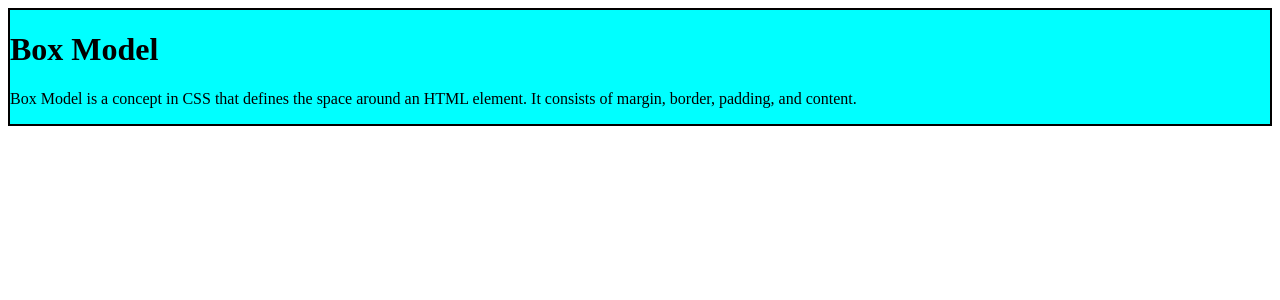
Repository: arunyerram/Web-TEChnologies
Page: Class4/index.html
The author's editor kept a copy of each file at every save. The page is drawn from the files as they stood at one save, then again after a run of saves.
The browser window is 1280 px wide. The pictures show the whole page.

Above is the page before, as saved 2025-02-18 12:27:03.

### Class4/index.html
<!DOCTYPE html>
<html lang="en">
<head>
    <meta charset="UTF-8">
    <meta name="viewport" content="width=device-width, initial-scale=1.0">
    <title>CSS Rox Model</title>
    <style>
        /* CSS Rox Model */
        .box{
            border:2px solid black;
            background-color: aqua;

        }
    </style>
</head>
<body>
    <div class="box">
        <h1>Box Model</h1>
        <p>Box Model is a concept in CSS that defines the space around an HTML element. It consists of margin, border, padding, and content.</p>
    </div>
</body>
</html>

After the next 5 saves:
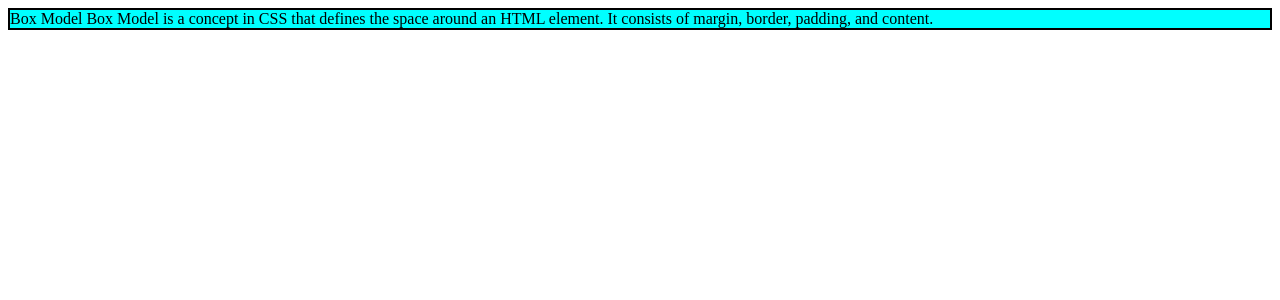
The 5 saves are shown as one change because they came seconds apart.
The last was saved 24 s later.
--- a/Class4/index.html
+++ b/Class4/index.html
@@ -15,8 +15,8 @@
 </head>
 <body>
     <div class="box">
-        <h1>Box Model</h1>
-        <p>Box Model is a concept in CSS that defines the space around an HTML element. It consists of margin, border, padding, and content.</p>
+        Box Model
+        Box Model is a concept in CSS that defines the space around an HTML element. It consists of margin, border, padding, and content.
     </div>
 </body>
 </html>
